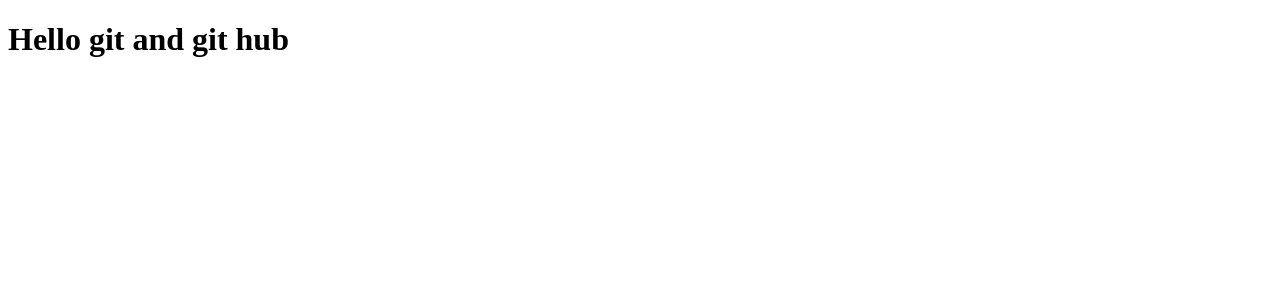
Repository: superkoung/myFile
Page: index.html
These files come from the project's save history. The page is drawn as it stood at one moment and after the next save; the edit follows.
The browser window is 1280 px wide. The pictures show the whole page.

Above is the page before, as saved 2026-02-09 13:33:14.

After the next save:
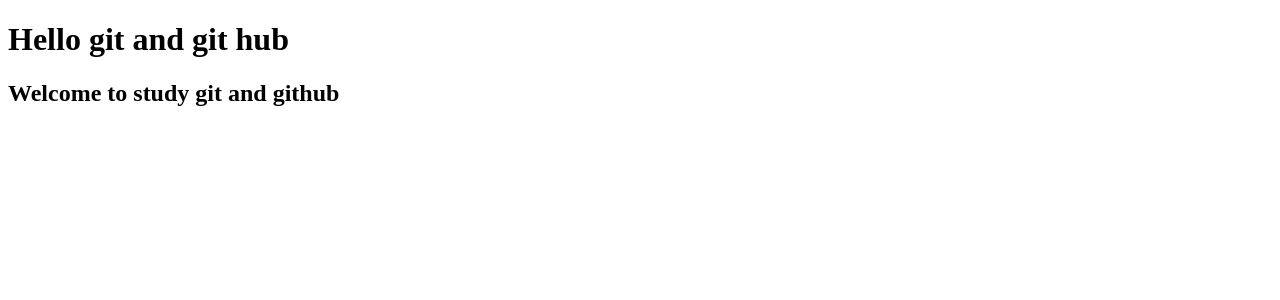
Saved 11 s later.
--- a/index.html
+++ b/index.html
@@ -7,6 +7,6 @@
 </head>
 <body>
     <h1>Hello git and git hub</h1>
-    <h2></h2>
+    <h2>Welcome to study git and github</h2>
 </body>
 </html>
